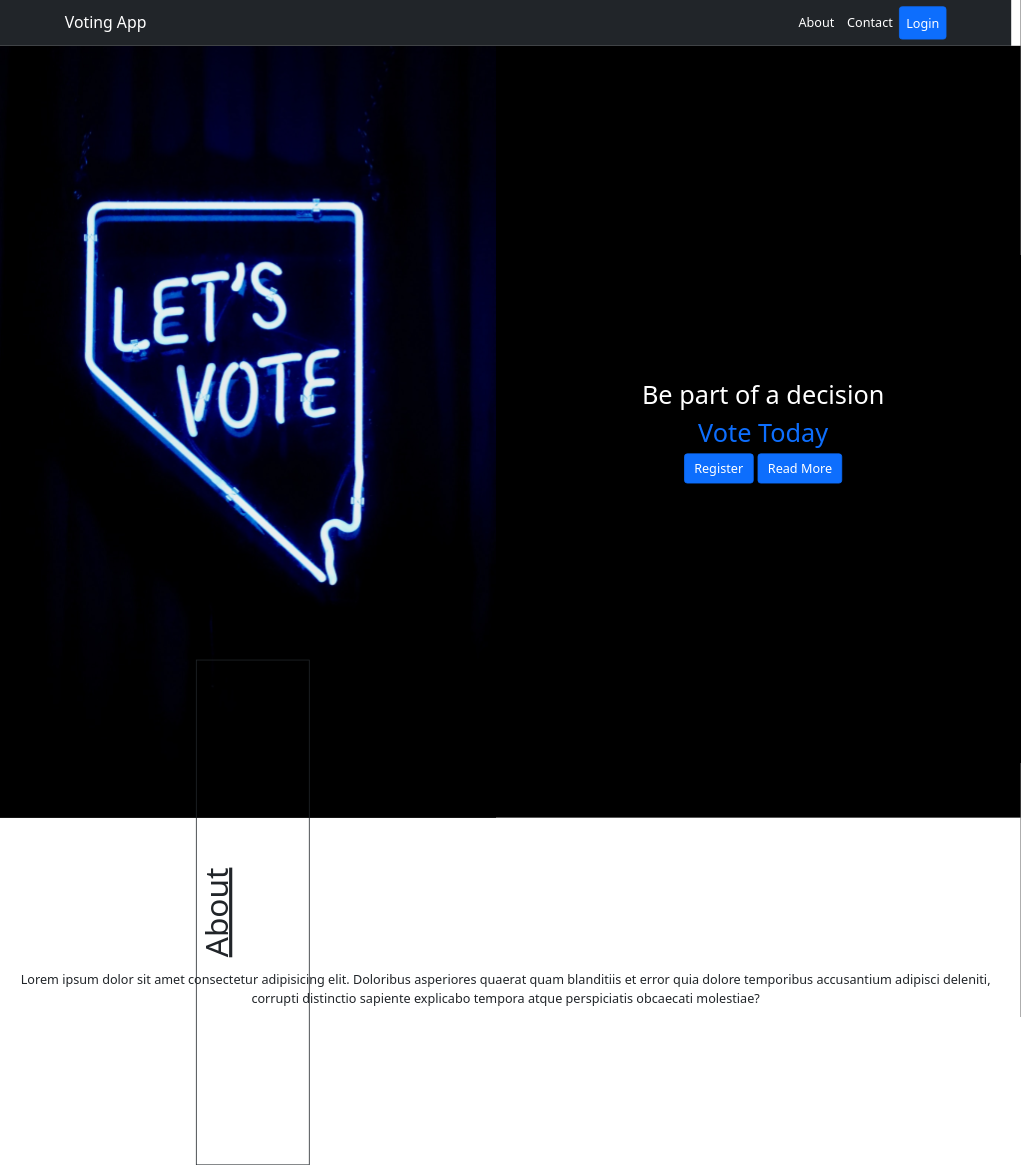
Repository: DavidManiIbrahim/Voting-app
Page: index.html
These files come from the project's save history. The page is drawn as it stood at one moment and after the next save; the edit follows.
The browser window is 1280 px wide. The page is 1292 px wide, so the pictures cover 1292 px, including what lies to the right of the window. The pictures show the whole page, at 79% of full size.

Above is the page before, as saved 2025-01-18 04:03:10.

### index.html
<!DOCTYPE html>
<html lang="en">
<head>
    <meta charset="UTF-8">
    <meta name="viewport" content="width=device-width, initial-scale=1.0">
    <title>Voting app</title>
    <link rel="stylesheet" href="./bootstrap.css">
    <link rel="stylesheet" href="./styles.css">
</head>
<body>

<!-- NavBar -->

    <nav class="navbar navbar-expand-lg bg-dark text-white ">
        <div class="container">
            <a href="#" class="navbar-brand text-white ">Voting App</a>


            <button class="navbar-toggler" data-bs-target="#navmenu" data-bs-toggle="collapse">
                <span class="navbar-toggler-icon bg-primary"></span>
            </button>
            <div class="collapse navbar-collapse " id="navmenu">
                <ul class="navbar-nav ms-auto text-center">
                    <li class="nav-link text-white">About</li>
                    <li class="nav-link text-white">Contact</li>
                    <a class="nav-link btn btn-primary text-white">Login</a>
                </ul>
            </div>
</div>
    </nav>

<!-- Hero Section -->

<div class="row h-100 curtain">
    <div class="col-md">
        <img src="./unsplash_LA1VawaCjjI.svg" alt="" class="img-fluid">
    </div>
    <div class="col-md m-auto" >
        <div class="container-fluid text-center lead m-auto text-white" id="content">
            <h2>Be part of a decision</h2>
            <h2 class="text-primary">Vote Today</h2>
            <div class="">
                <button class="btn btn-primary">Register</button>
                <button class="btn btn-primary">Read More</button>
            </div>
        </div>
    </div>
</div>

<!-- About Section -->

<div class="row mt-5">
    <div class="container text-center">
        <div class="rotate">
            <h1 class="text-decoration-underline bdo">About</h1>
        </div>
        <div class="text">
            <p>Lorem ipsum dolor sit amet consectetur adipisicing elit. Doloribus asperiores quaerat quam blanditiis et error quia dolore temporibus accusantium adipisci deleniti, corrupti distinctio sapiente explicabo tempora atque perspiciatis obcaecati molestiae?</p>
        </div>
    </div>
</div>






    <script src="./bootstrap.min.js"></script>
</body>
</html>

### styles.css
.lead,#content{
    /* height:50vh; */
    /* border:1px solid; */
    padding: 50px;
}

.curtain{
    background-color: #000;
}

.rotate{
    border:1px solid;
    rotate: 270deg;
    width:50%;
    height:20vh;
    /* position: absolute; */
    /* top: 140%; */
    text-align: center;
}

Loaded but not shown: bootstrap.css (library); bootstrap.min.js (library)

After the next save:
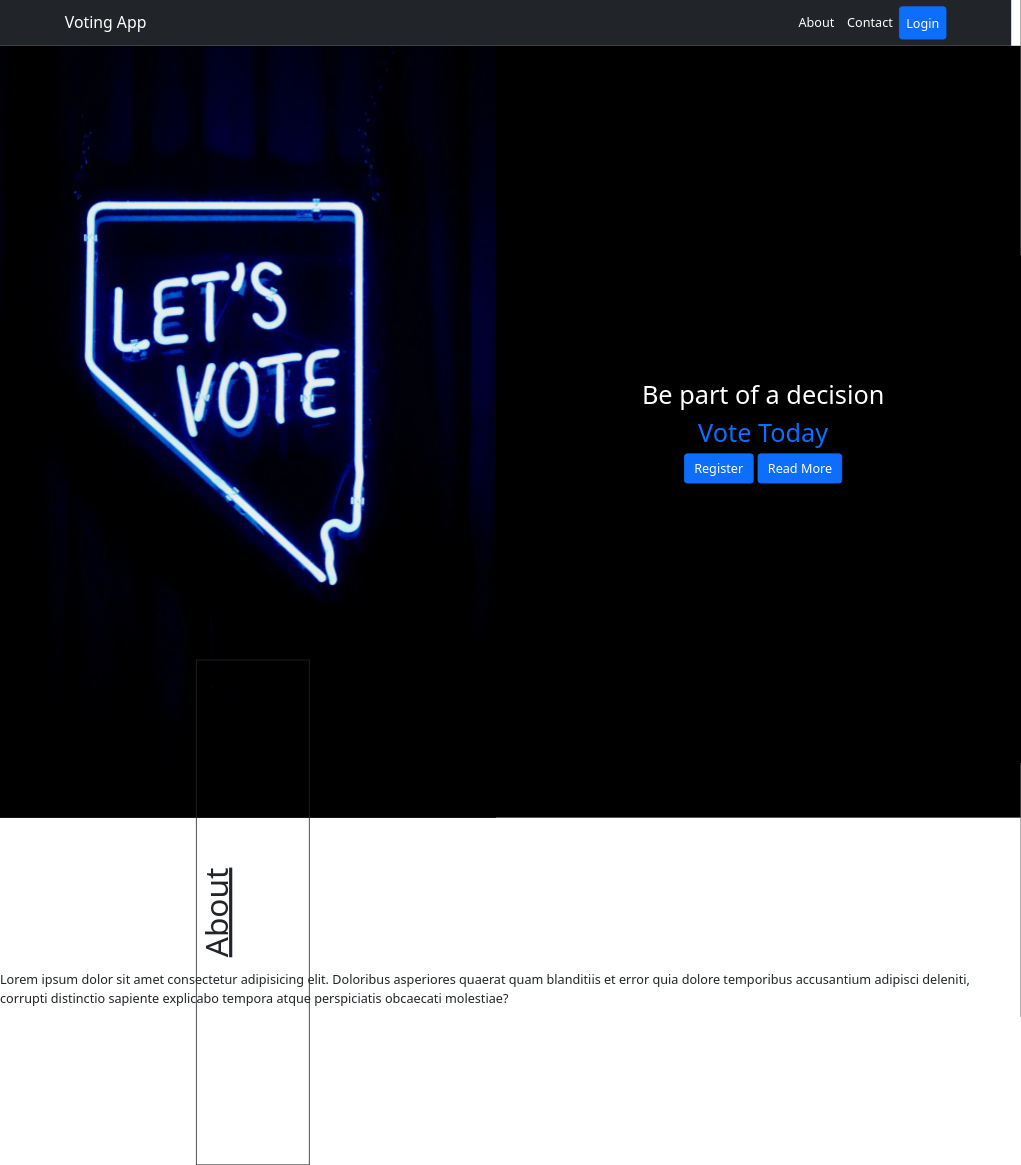
Saved 18 s later.
--- a/index.html
+++ b/index.html
@@ -54,9 +54,9 @@
         <div class="rotate">
             <h1 class="text-decoration-underline bdo">About</h1>
         </div>
-        <div class="text">
-            <p>Lorem ipsum dolor sit amet consectetur adipisicing elit. Doloribus asperiores quaerat quam blanditiis et error quia dolore temporibus accusantium adipisci deleniti, corrupti distinctio sapiente explicabo tempora atque perspiciatis obcaecati molestiae?</p>
-        </div>
+    </div>
+    <div class="text">
+        <p>Lorem ipsum dolor sit amet consectetur adipisicing elit. Doloribus asperiores quaerat quam blanditiis et error quia dolore temporibus accusantium adipisci deleniti, corrupti distinctio sapiente explicabo tempora atque perspiciatis obcaecati molestiae?</p>
     </div>
 </div>
 
